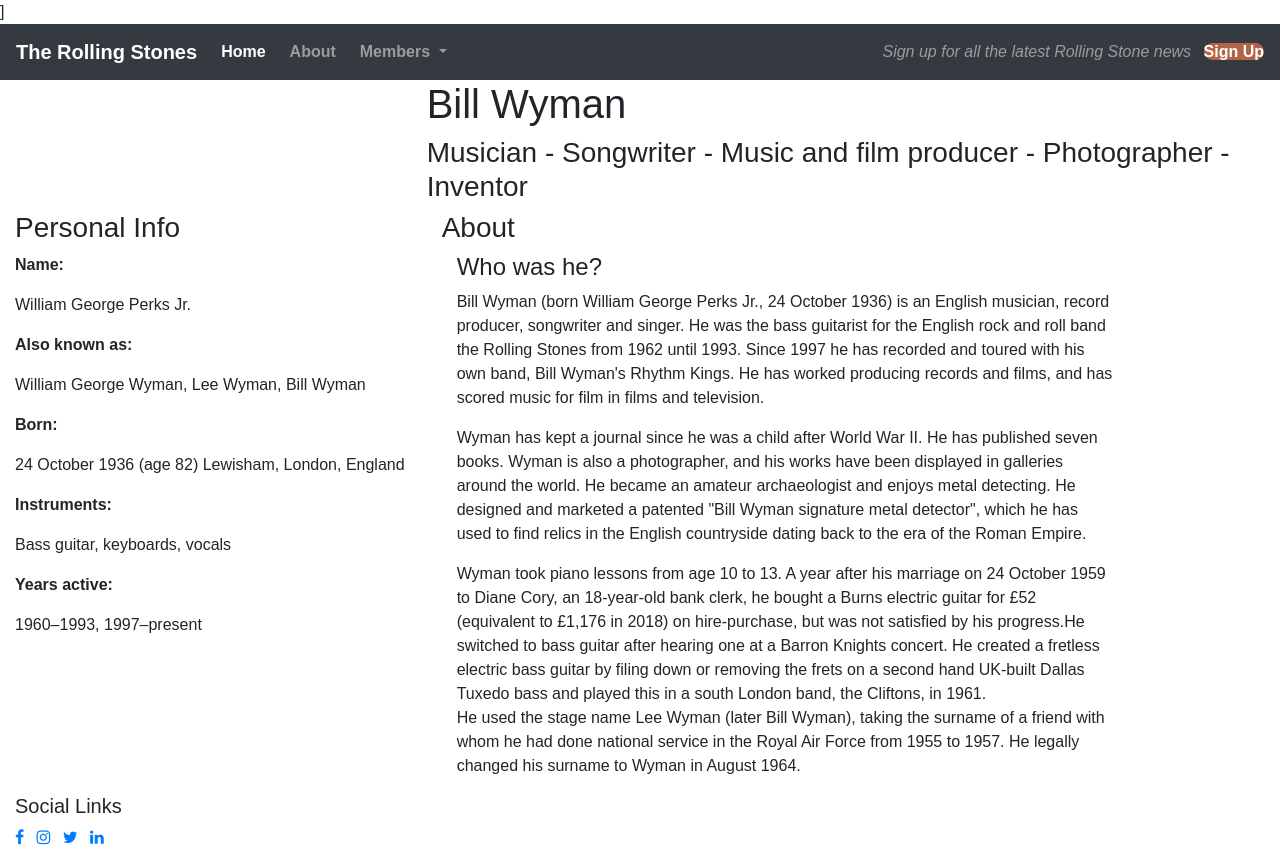
Repository: TecDruid/rolling-stones-fan-site
Page: bill-wyman.html
The author's editor kept a record of every edit. The page is drawn from the files as they stood at one moment, then again after the next edit.
The browser window is 1280 px wide. The pictures show the whole page.
Some web fonts or font styles are not loaded; a fallback is used. Some web libraries are served in a nearby version.

Above is the page before.

### bill-wyman.html
<!DOCTYPE html>
<html lang="en-us">

<head>
    <meta charset="utf-8">
    <meta name="viewport" content="width=device-width, initial-scale=1.0">
    <link rel="stylesheet" href="https://maxcdn.bootstrapcdn.com/bootstrap/4.1.3/css/bootstrap.min.css">
    <link rel="stylesheet" href="https://use.fontawesome.com/releases/v5.6.1/css/all.css" integrity="sha384-gfdkjb5BdAXd+lj+gudLWI+BXq4IuLW5IT+brZEZsLFm++aCMlF1V92rMkPaX4PP" crossorigin="anonymous">
    <link rel="stylesheet" href="https://stackpath.bootstrapcdn.com/font-awesome/4.7.0/css/font-awesome.min.css" type="text/css" />
    <link href="https://fonts.googleapis.com/css?family=Stylish" rel="stylesheet">
    <link rel="stylesheet" href="css/style.css" type="text/css" />
    <title>Bill Wyman</title>
</head>

<body>

    <!----------------------------------------Nav--------------------------------------------->]


    <div class="nav-container"></div>
    <nav class="navbar navbar-dark navbar-expand-sm bg-dark">
        <a href="/" class="navbar-brand">
                    The Rolling Stones</a>

        <button class="navbar-toggler ml-auto" type="button" data-toggle="collapse" data-target="#navbarNavDropdown" aria-controls="navbarNavDropdown" aria-expanded="false" aria-label="Toggle navigation">
        <span class="navbar-toggler-icon"></span></button>

        <div class="collapse navbar-collapse" id="navbarNavDropdown">
            <ul class="navbar-nav mr-auto">
                <li class="active nav-item mr-2"><a class="nav-link" href="/">Home</a></li>
                <li class="nav-item mr-2"><a class="nav-link" href="">About</a></li>
                <li class="nav-item dropdown">
                    <a class="nav-link dropdown-toggle" href="#" id="navbarDropdownMenuLink" role="button" data-toggle="dropdown" aria-haspopup="true" aria-expanded="false">
          Members
        </a>
                    <div class="dropdown-menu" aria-labelledby="navbarDropdownMenuLink">
                        <a class="dropdown-item" href="brian-jones.html">Brian Jones</a>
                        <a class="dropdown-item" href="mick-jagger.html">Mick Jagger</a>
                        <a class="dropdown-item" href="keith-richards.html">Keith Richards</a>
                        <a class="dropdown-item" href="bill-wyman.html">Bill Wyman</a>
                        <a class="dropdown-item" href="charlie-watts.html">Charlie Watts</a>
                        <a class="dropdown-item" href="ronnie-wood.html">Ronnie Wood</a>
                        <a class="dropdown-item" href="ian-stewart.html">Ian Stewart</a>
                        <a class="dropdown-item" href="mike-taylor.html">Mick Taylor</a>
                    </div>
                </li>

                <li class="nav-item mr-2 d-block d-sm-none"><a class="nav-link" href="">Sign Up</a></li>
            </ul>
        </div>
        <div class="d-none d-md-block">
            <p class="navbar-text my-auto mr-2"><i>Sign up for all the latest Rolling Stone news</i></p>
            <a href="/login " class="btn--cta btn--brown">Sign Up</a>
        </div>
    </nav>

    <!-- -------------------------- The Header ---------------------------- -->

    <header>
        <div class="row no-gutters">
            <a class="col-md-4 logo" href="index.html"></a>
            <div class="col-md-8">
                <div class="row no-gutters bg-color-name-title">
                    <div class="col heading">
                        <h1 class="name">Bill Wyman</h1>
                        <h3 class="title"> Musician - Songwriter - Music and film producer - Photographer - Inventor</h3>
                    </div>
                </div>
            </div>
        </div>
    </header>

    <!-- -------------------------- The Section ---------------------------- -->

    <section class="container-fluid">
        <div class="row">
            <div class="col-md-4 bg-colour-personal-info section-column">
                <div class="row">
                    <div class="col-12">
                        <h3 class="section-heading uppercase">Personal Info</h3>
                    </div>
                </div>
                <div class="personal-info-item">
                    <div class="key">
                        <p class="uppercase">
                            <strong>Name:</strong>
                        </p>
                    </div>
                    <div class="value">
                        <p>
                            William George Perks Jr.
                        </p>
                    </div>
                </div>
                <div class="personal-info-item">
                    <div class="key">
                        <p class="uppercase">
                            <strong>Also known as:</strong>
                        </p>
                    </div>
                    <div class="value">
                        <p>
                            William George Wyman, Lee Wyman, Bill Wyman
                        </p>
                    </div>
                </div>
                <div class="personal-info-item">
                    <div class="key">
                        <p class="uppercase">
                            <strong>Born:</strong>
                        </p>
                    </div>
                    <div class="value">
                        <p>
                            24 October 1936 (age 82) Lewisham, London, England
                        </p>
                    </div>
                </div>
                <div class="personal-info-item">
                    <div class="key">
                        <p class="uppercase">
                            <strong>Instruments:</strong>
                        </p>
                    </div>
                    <div class="value">
                        <p>
                            Bass guitar, keyboards, vocals
                        </p>
                    </div>
                </div>
                <div class="personal-info-item">
                    <div class="key">
                        <p class="uppercase">
                            <strong> Years active:</strong>
                        </p>
                    </div>
                    <div class="value">
                        <p>
                            1960–1993, 1997–present
                        </p>
                    </div>
                </div>
            </div>

            <div class="col-md-8 bg-colour-three-reasons section-column">
                <div class="row">
                    <div class="col">
                        <h3 class="section-heading uppercase">About</h3>
                    </div>
                </div>
                <!-- <div class="row">
                    <div class="col-10 offset-1 offset-sm-0 col-sm-4 col-md-6">
                        <div class="row">
                            <div class="col-2">
                                <i class="three-reasons-icon fa fa-question" aria-hidden="true"></i>
                            </div> -->
                <div class="col-10">
                    <h4 class="three-reasons-heading uppercase">Who was he?</h4>
                    <p>
                        Bill Wyman (born William George Perks Jr., 24 October 1936) is an English musician, record producer, songwriter and singer. He was the bass guitarist for the English rock and roll band the Rolling Stones from 1962 until 1993. Since 1997 he has recorded
                        and toured with his own band, Bill Wyman's Rhythm Kings. He has worked producing records and films, and has scored music for film in films and television.
                    </p>

                    <p>
                        Wyman has kept a journal since he was a child after World War II. He has published seven books. Wyman is also a photographer, and his works have been displayed in galleries around the world. He became an amateur archaeologist and enjoys metal detecting.
                        He designed and marketed a patented "Bill Wyman signature metal detector", which he has used to find relics in the English countryside dating back to the era of the Roman Empire.
                    </p>
                    <p>
                        Wyman took piano lessons from age 10 to 13. A year after his marriage on 24 October 1959 to Diane Cory, an 18-year-old bank clerk, he bought a Burns electric guitar for £52 (equivalent to £1,176 in 2018) on hire-purchase, but was not satisfied by his
                        progress.He switched to bass guitar after hearing one at a Barron Knights concert. He created a fretless electric bass guitar by filing down or removing the frets on a second hand UK-built Dallas Tuxedo bass and played this in
                        a south London band, the Cliftons, in 1961.<br/> He used the stage name Lee Wyman (later Bill Wyman), taking the surname of a friend with whom he had done national service in the Royal Air Force from 1955
                        to 1957. He legally changed his surname to Wyman in August 1964.

                    </p>
                </div>
            </div>
        </div>

        </div>
        </div>
        </div>

    </section>

    <!-- -------------------------- The Footer ---------------------------- -->

    <footer class="container-fluid">
        <div id="footer-details" class="row">
            <div class="col-sm-4">
                <h5 class="uppercase general-sub">Social Links</h5>

                <ul class="list-inline social-links">
                    <li class="list-inline-item">
                        <a target="_blank" href="#">
                            <i class="fa fa-facebook" aria-hidden="true"></i>
                            <span class="sr-only">Facebook</span>
                        </a>
                    </li>
                    <li class="list-inline-item">
                        <a target="_blank" href="#">
                            <i class="fa fa-instagram" aria-hidden="true"></i>
                            <span class="sr-only">Instagram</span>
                            </a>
                    </li>

                    <li class="list-inline-item">
                        <a target="_blank" href="#">
                            <i class="fa fa-twitter" aria-hidden="true"></i>
                            <span class="sr-only">Twitter</span>
                            </a>
                    </li>
                    <li class="list-inline-item">
                        <a target="_blank" href="#">
                            <i class="fa fa-linkedin" aria-hidden="true"></i>
                            <span class="sr-only">LinkedIn</span>
                        </a>
                    </li>
                </ul>

            </div>
        </div>
    </footer>

    <script src="https://code.jquery.com/jquery-3.3.1.slim.min.js" integrity="sha384-q8i/X+965DzO0rT7abK41JStQIAqVgRVzpbzo5smXKp4YfRvH+8abtTE1Pi6jizo" crossorigin="anonymous"></script>
    <script src="https://cdnjs.cloudflare.com/ajax/libs/popper.js/1.14.3/umd/popper.min.js" integrity="sha384-ZMP7rVo3mIykV+2+9J3UJ46jBk0WLaUAdn689aCwoqbBJiSnjAK/l8WvCWPIPm49" crossorigin="anonymous"></script>
    <script src="https://stackpath.bootstrapcdn.com/bootstrap/4.1.3/js/bootstrap.min.js" integrity="sha384-ChfqqxuZUCnJSK3+MXmPNIyE6ZbWh2IMqE241rYiqJxyMiZ6OW/JmZQ5stwEULTy" crossorigin="anonymous"></script>

</body>

</html>

### css/style.css
body {
    font-family: 'Stylish', sans-serif;
}

/* Containers */

.nav-container {
    position: absolute;
    top: 0;
    right: 0;
    margin-left: 0;
    margin-right: 0;
    z-index: 1;

}

.navbar .navbar-brand {
    font-weight: bold;
}

.navbar .navbar-nav a {
    font-weight: bold;
}

.navbar-toggler {
    border-width: 0;
}

.alert-warning {
    padding-left: 10;
    padding-right: 0;
    color: #fff;
    background-color: #c9572b;
}

.alert {
    margin-bottom: 0;
    border-width: 0;
    border-radius: 0;
}

.callout-container {
    height: 100vh;

    background: url('../img/the-rolling-stones-bg.jpg') no-repeat bottom right fixed;
    -webkit-background-size: cover;
    -moz-background-size: cover;
    -o-background-size: cover;
    background-size: cover;

    display: flex;
    align-items: center;
    justify-content: center;

    position: relative;
}

.callout2-container {
    height: 100vh;

    background: url('../img/the-rolling-stones-bg2.jpg') no-repeat bottom right fixed;
    -webkit-background-size: cover;
    -moz-background-size: cover;
    -o-background-size: cover;
    background-size: cover;

    display: flex;
    align-items: center;
    justify-content: center;

    position: relative;
}

.opaque-overlay {
    position: absolute;
    top: 0;
    left: 0;
    height: 100%;
    width: 100%;
    background-color: rgba(0, 0, 0, 0.5);
}

.features-container {
    background-color: #c9572b;
}

/* Block dividers */

.block-divider {
    width: 175px;
    height: 5px;
    border: 0;
    background-color: #444;
}

.block-divider--orange {
    background-color: #f88f10;
}

.block-divider--short {
    width: 35px;
}

/* Jumbotron */

.jumbotron {
    background-color: transparent;
}

.jumbotron h1 {
    color: white;
    font-weight: bold;
    margin-bottom: 30px;
    color: white;
}

.jumbotron .lead {
    color: #a7a7a7;
    margin: 25px 0;
}

.jumbotron small {
    font-size: 60%;
    font-style: italic;
    color: #d0d0d0;
}

/* Buttons */

.btn--cta {
    font-weight: bold;
    border-radius: 23px;
    width: 160px;
}

.btn--brown {
    color: white;
    background-color: #b36447;
    border-color: #b36447;
}

.btn--brown:hover,
.btn--brown:active,
.btn--brown:focus,
.btn--brown:active:focus {
    background-color: #df4929;
    border-color: #df4929;
    color: white;
}

After the next edit:
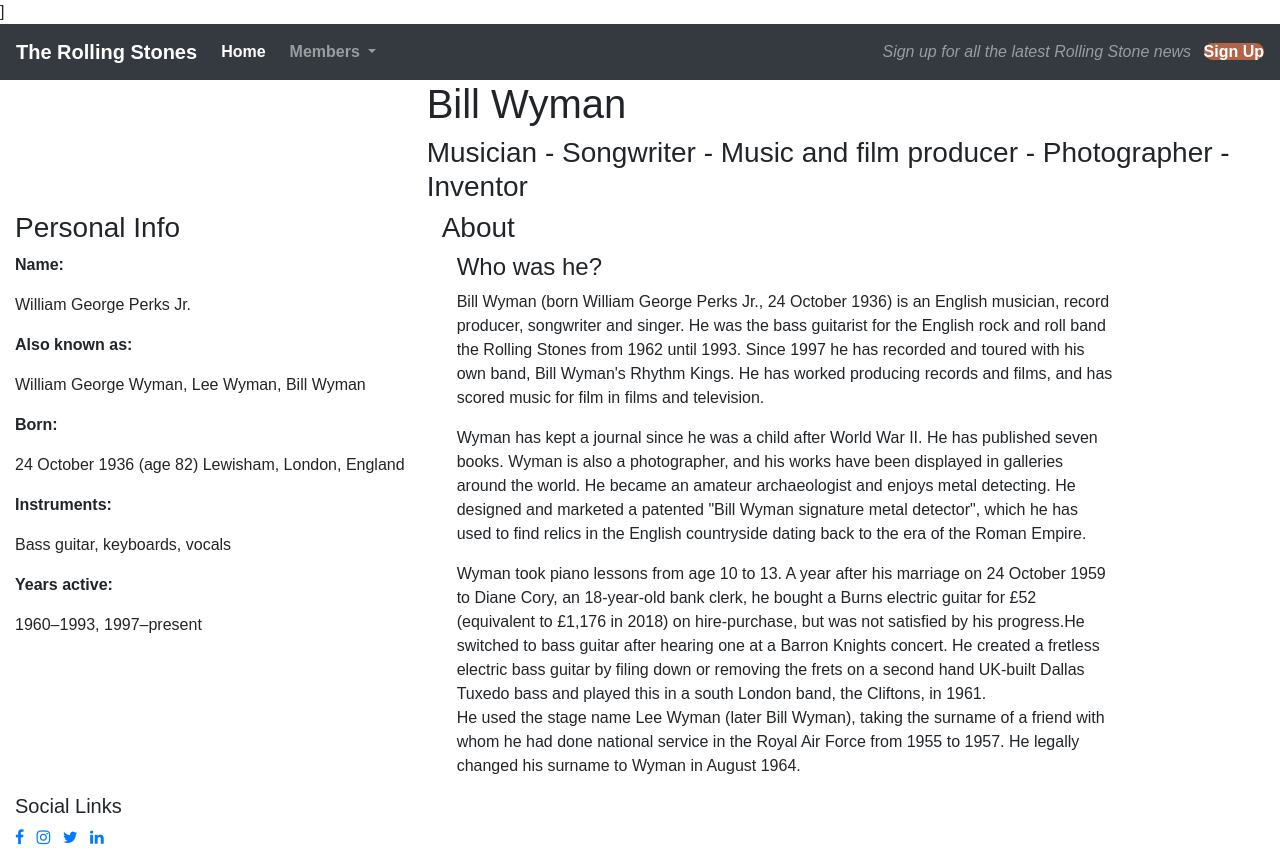
The edit:
--- a/bill-wyman.html
+++ b/bill-wyman.html
@@ -27,8 +27,7 @@
 
         <div class="collapse navbar-collapse" id="navbarNavDropdown">
             <ul class="navbar-nav mr-auto">
-                <li class="active nav-item mr-2"><a class="nav-link" href="/">Home</a></li>
-                <li class="nav-item mr-2"><a class="nav-link" href="">About</a></li>
+                <li class="active nav-item mr-2"><a class="nav-link" href="index.html">Home</a></li>
                 <li class="nav-item dropdown">
                     <a class="nav-link dropdown-toggle" href="#" id="navbarDropdownMenuLink" role="button" data-toggle="dropdown" aria-haspopup="true" aria-expanded="false">
           Members
